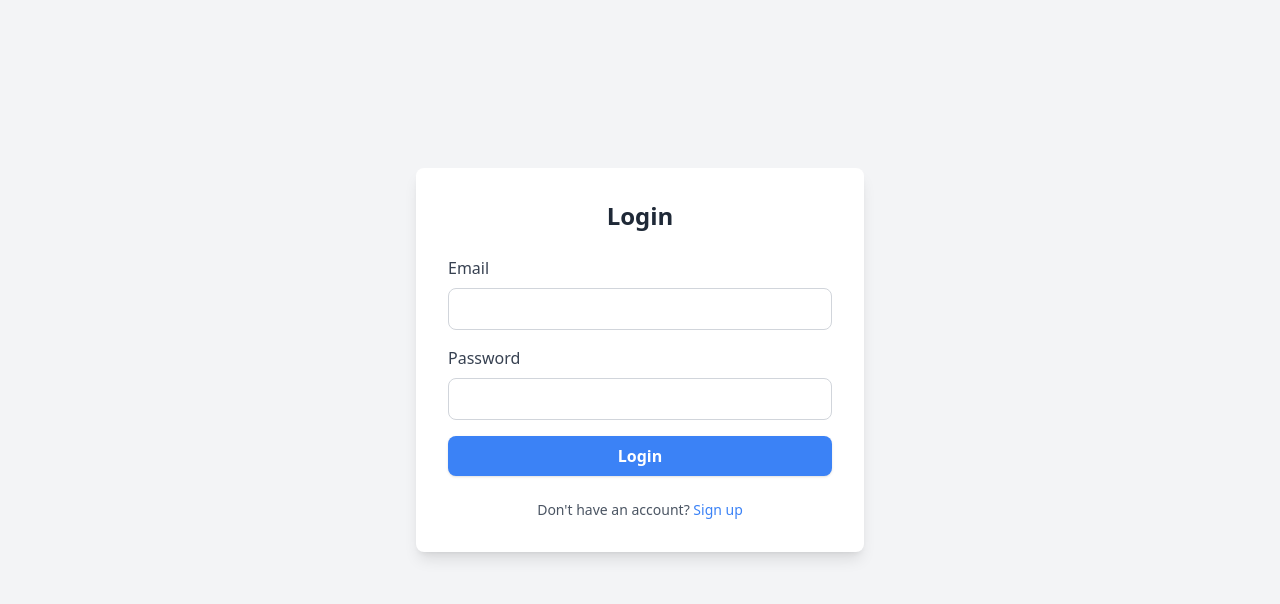
Repository: ArievfRahman-Dev/Mini-Project-II
Page: /login (app in miniproject2/)
These files come from the project's save history. The page is drawn as it stood at one moment and after the next save; the edit follows.
The browser window is 1280 px wide. The pictures show the whole page.
The project was rebuilt for these pictures with package versions that can differ from the ones it lists, and the page was loaded fresh each time. Also part of the build but not shown: miniproject2/vite.config.js, miniproject2/src/components/Navbar/index.jsx, miniproject2/src/pages/HomePage/index.jsx, miniproject2/src/pages/DetailUser/index.jsx.

Above is the page before, as saved 2024-12-16 20:38:12.

### miniproject2/index.html
<!DOCTYPE html>
<html lang="en">
  <head>
    <meta charset="UTF-8" />
    <link rel="icon" type="image/svg+xml" href="/vite.svg" />
    <meta name="viewport" content="width=device-width, initial-scale=1.0" />
    <title>Vite + React</title>
    <link
      href="https://cdn.jsdelivr.net/npm/remixicon/fonts/remixicon.css"
      rel="stylesheet"
    />
  </head>
  <body>
    <div id="root"></div>
    <script type="module" src="/src/main.jsx"></script>
  </body>
</html>

### miniproject2/src/App.jsx
import { BrowserRouter, Routes, Route } from "react-router-dom";
import { HomePage } from "./pages/HomePage";
import { DetailUser } from "./pages/DetailUser";
import { LoginPage } from "./pages/LoginPage";

export const App = () => {
  return (
    <div>
      <BrowserRouter>
        <Routes>
          <Route path="/" element={<HomePage />} />
          <Route path="/detail/:id" element={<DetailUser />} />
          <Route path="/login" element={<LoginPage />} />
        </Routes>
      </BrowserRouter>
    </div>
  );
};

### miniproject2/src/pages/LoginPage/index.jsx
import axios from "axios";
import { useState } from "react";
import { useNavigate } from "react-router-dom";

export const LoginPage = () => {
  const [form, setForm] = useState({
    email: "",
    password: "",
  });
  const [error, setError] = useState("");
  const [success, setSuccess] = useState("");
  const [loading, setLoading] = useState(false);

  const navigate = useNavigate();

  const handleChange = (e) => {
    setForm({
      ...form,
      [e.target.name]: e.target.value,
    });
  };

  const handleLogin = async (e) => {
    e.preventDefault();
    setLoading(true);
    try {
      const res = await axios.post("https://reqres.in/api/login", form);
      localStorage.setItem("access_token", res.data.token);
      setSuccess("Login Success");
      setTimeout(() => {
        navigate("/");
      }, 2000);
      console.log(res);
    } catch (error) {
      console.log(error.response);
      setError(error.response.data.error);
    } finally {
      setLoading(false);
    }
  };

  return (
    <div className="min-h-screen bg-gray-100 flex items-center justify-center">
      <div className="bg-white p-8 rounded-lg shadow-lg w-full max-w-md">
        <h1 className="text-2xl font-bold text-center text-gray-800 mb-6">
          Login
        </h1>
        <form>
          <div className="mb-4">
            <label
              htmlFor="email"
              className="block text-gray-700 font-medium mb-2"
            >
              Email
            </label>
            <input
              type="email"
              name="email"
              onChange={handleChange}
              className="w-full px-4 py-2 border border-gray-300 rounded-lg focus:outline-none focus:ring-2 focus:ring-blue-400"
            />
          </div>
          <div className="mb-4">
            <label
              htmlFor="password"
              className="block text-gray-700 font-medium mb-2"
            >
              Password
            </label>
            <input
              type="password"
              name="password"
              onChange={handleChange}
              className="w-full px-4 py-2 border border-gray-300 rounded-lg focus:outline-none focus:ring-2 focus:ring-blue-400"
            />
          </div>
          {error && <p className="mb-4 text-red-500 text-sm">{error}</p>}
          {success && <p className="mb-4 text-green-500 text-sm">{success}</p>}
          <button
            disabled={loading}
            onClick={handleLogin}
            className={`w-full px-4 py-2 font-semibold text-white rounded-lg shadow ${
              loading ? "bg-gray-400" : "bg-blue-500 hover:bg-blue-600"
            } focus:outline-none focus:ring-2 focus:ring-blue-400 focus:ring-offset-1`}
            type="submit"
          >
            {loading ? "Loading..." : "Login"}
          </button>
        </form>
        <p className="mt-6 text-sm text-gray-600 text-center">
          Don't have an account?{" "}
          <a href="/register" className="text-blue-500 hover:underline">
            Sign up
          </a>
        </p>
      </div>
    </div>
  );
};

Loaded but not shown: miniproject2/src/main.jsx (common file); miniproject2/src/index.css (common file); miniproject2/tailwind.config.js (common file)

After the next save:
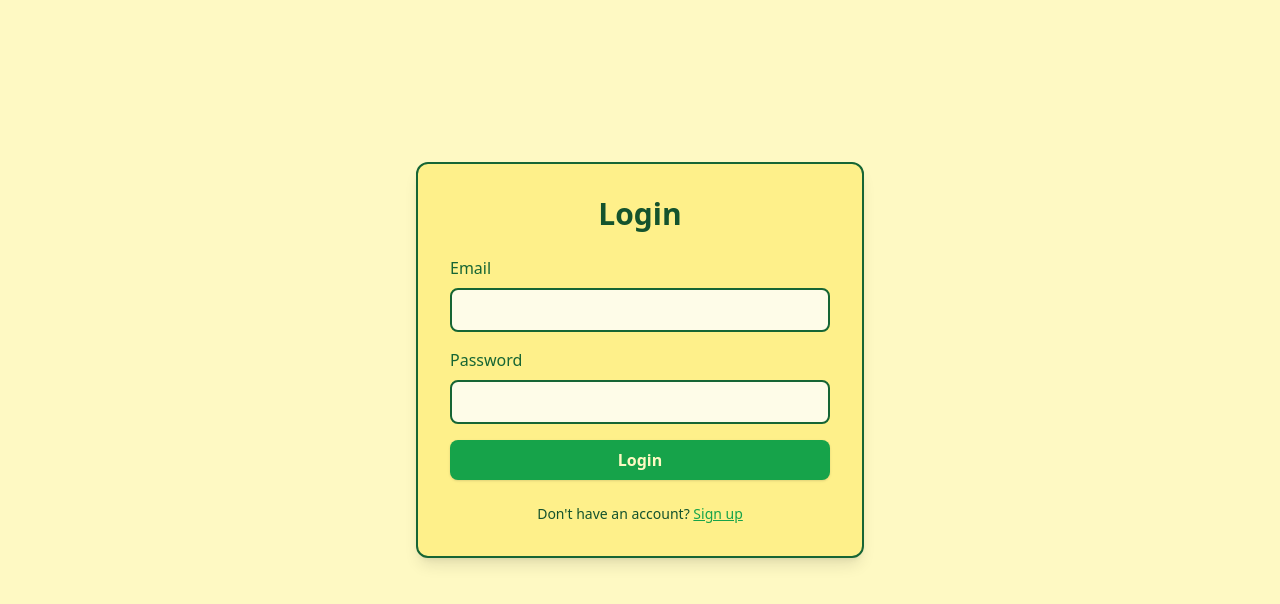
Saved 91 s later.
--- a/miniproject2/src/pages/LoginPage/index.jsx
+++ b/miniproject2/src/pages/LoginPage/index.jsx
@@ -40,16 +40,16 @@ export const LoginPage = () => {
   };
 
   return (
-    <div className="min-h-screen bg-gray-100 flex items-center justify-center">
-      <div className="bg-white p-8 rounded-lg shadow-lg w-full max-w-md">
-        <h1 className="text-2xl font-bold text-center text-gray-800 mb-6">
+    <div className="min-h-screen bg-yellow-100 flex items-center justify-center">
+      <div className="bg-yellow-200 p-8 rounded-xl shadow-lg w-full max-w-md border-2 border-green-800">
+        <h1 className="text-3xl font-bold text-center text-green-900 retro-font mb-6">
           Login
         </h1>
         <form>
           <div className="mb-4">
             <label
               htmlFor="email"
-              className="block text-gray-700 font-medium mb-2"
+              className="block text-green-800 font-medium retro-font mb-2"
             >
               Email
             </label>
@@ -57,13 +57,13 @@ export const LoginPage = () => {
               type="email"
               name="email"
               onChange={handleChange}
-              className="w-full px-4 py-2 border border-gray-300 rounded-lg focus:outline-none focus:ring-2 focus:ring-blue-400"
+              className="w-full px-4 py-2 border-2 border-green-800 rounded-lg focus:outline-none focus:ring-2 focus:ring-yellow-400 text-green-900 bg-yellow-50"
             />
           </div>
           <div className="mb-4">
             <label
               htmlFor="password"
-              className="block text-gray-700 font-medium mb-2"
+              className="block text-green-800 font-medium retro-font mb-2"
             >
               Password
             </label>
@@ -71,7 +71,7 @@ export const LoginPage = () => {
               type="password"
               name="password"
               onChange={handleChange}
-              className="w-full px-4 py-2 border border-gray-300 rounded-lg focus:outline-none focus:ring-2 focus:ring-blue-400"
+              className="w-full px-4 py-2 border-2 border-green-800 rounded-lg focus:outline-none focus:ring-2 focus:ring-yellow-400 text-green-900 bg-yellow-50"
             />
           </div>
           {error && <p className="mb-4 text-red-500 text-sm">{error}</p>}
@@ -79,17 +79,22 @@ export const LoginPage = () => {
           <button
             disabled={loading}
             onClick={handleLogin}
-            className={`w-full px-4 py-2 font-semibold text-white rounded-lg shadow ${
-              loading ? "bg-gray-400" : "bg-blue-500 hover:bg-blue-600"
-            } focus:outline-none focus:ring-2 focus:ring-blue-400 focus:ring-offset-1`}
+            className={`w-full px-4 py-2 font-semibold text-yellow-100 rounded-lg shadow retro-font ${
+              loading
+                ? "bg-yellow-400 cursor-not-allowed"
+                : "bg-green-600 hover:bg-green-800"
+            } focus:outline-none focus:ring-2 focus:ring-green-400 focus:ring-offset-1`}
             type="submit"
           >
             {loading ? "Loading..." : "Login"}
           </button>
         </form>
-        <p className="mt-6 text-sm text-gray-600 text-center">
+        <p className="mt-6 text-sm text-green-900 text-center">
           Don't have an account?{" "}
-          <a href="/register" className="text-blue-500 hover:underline">
+          <a
+            href="/register"
+            className="text-green-600 hover:text-green-800 retro-font underline"
+          >
             Sign up
           </a>
         </p>
